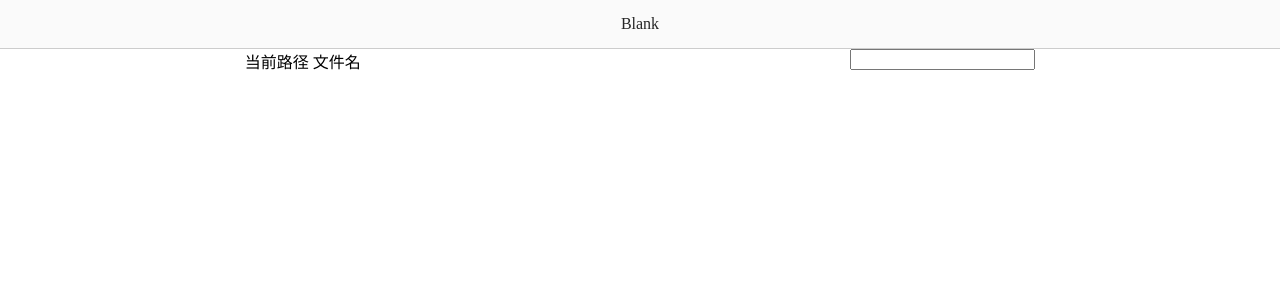
Repository: andycj7/-
Page: JS插件开发/filesystem/index.html
The author's editor kept a copy of each file at every save. The page is drawn from the files as they stood at one save, then again after the next save.
The browser window is 1280 px wide. The pictures show the whole page.

Above is the page before, as saved 2020-07-21 07:43:04.
Console error (its wording comes from the project's code and is left out).

### JS插件开发/filesystem/index.html
<html>

<head>
<meta charset="utf-8">
<meta name="viewport"
	content="initial-scale=1, maximum-scale=1, user-scalable=no, width=device-width">
<title>Blank</title>
<link rel="stylesheet" href="css/base.css">
</head>

<body>
	<div class="title">Blank</div>
	<div class="line"></div>
	<div class="div-parent">
		<div class="div-control">
			<div>
				<label>当前路径</label>
				<label>文件名</label>
			</div>
			<div>
				<input></input>
			</div>
		</div>
		<div id="div_display" class="div-child-2">
		</div>
	</div>
</body>
<script src="js/GeoBOS.min.js"></script>
<script src="js/GeoBOS.filesystem.min.js"></script>
<script src="js/index.js"></script>
</html>

### JS插件开发/filesystem/css/base.css
@charset "UTF-8";

body {
	margin: 0;
}

.title {
	height: 48px;
	font-size: 16px;
	line-height: 48px;
	text-align: center;
	color: rgba(0, 0, 0, .85);
	background-color: #fafafa;
}

.line {
	width: 100%;
	height: 1px;
	background-color: rgb(204, 204, 204);
}

.div-parent {
	display: flex;
	flex-direction: column;
	justify-content: center;
	width: 100%;
}

.div-control {
	display: flex;
	flex-direction: row;
	justify-content: space-around;
}

.div-child-2 {

}

.label {
	width: 16%;
	height: 30px;
	text-align: center;
	line-height: 30px;
	font-size: 10px;
}

.input-path {
	width: 60%;
	height: 30px;
	overflow: hidden;
	line-height: 20px;
	font-size: 15px;
	font-size: 12px;
}

.button {
	width: 12%;
	height: 30px;
	font-size: 12px;
}

.input-file {
	width: 100%;
	height: 30px;
	overflow: hidden;
	border: none;
	line-height: 35px;
	font-size: 15px;
}

### JS插件开发/filesystem/js/GeoBOS.filesystem.min.js
GeoBOS.filesystem = {

	init : function (cb) {
		GeoBOS.plugin.execute("FileSystemPlugin", "init", GeoBOS.getId(), '', null, cb);
	},
	open : function (name, cb) {
		GeoBOS.plugin.execute("FileSystemPlugin", "open", GeoBOS.getId(), name, null, cb);
	},
	back : function (cb) {
		GeoBOS.plugin.execute("FileSystemPlugin", "back", GeoBOS.getId(), '', null, cb);
	}
}

Loaded but not shown: JS插件开发/filesystem/js/GeoBOS.min.js (library); JS插件开发/filesystem/js/index.js (no copy from this time; the picture is the same without it)

After the next save:
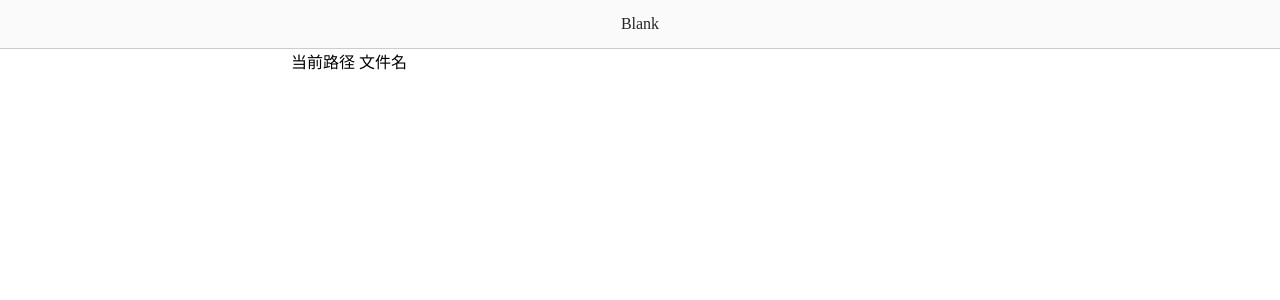
Saved 7 s later.
--- a/JS插件开发/filesystem/index.html
+++ b/JS插件开发/filesystem/index.html
@@ -17,9 +17,7 @@
 				<label>当前路径</label>
 				<label>文件名</label>
 			</div>
-			<div>
-				<input></input>
-			</div>
+			<div></div>
 		</div>
 		<div id="div_display" class="div-child-2">
 		</div>
